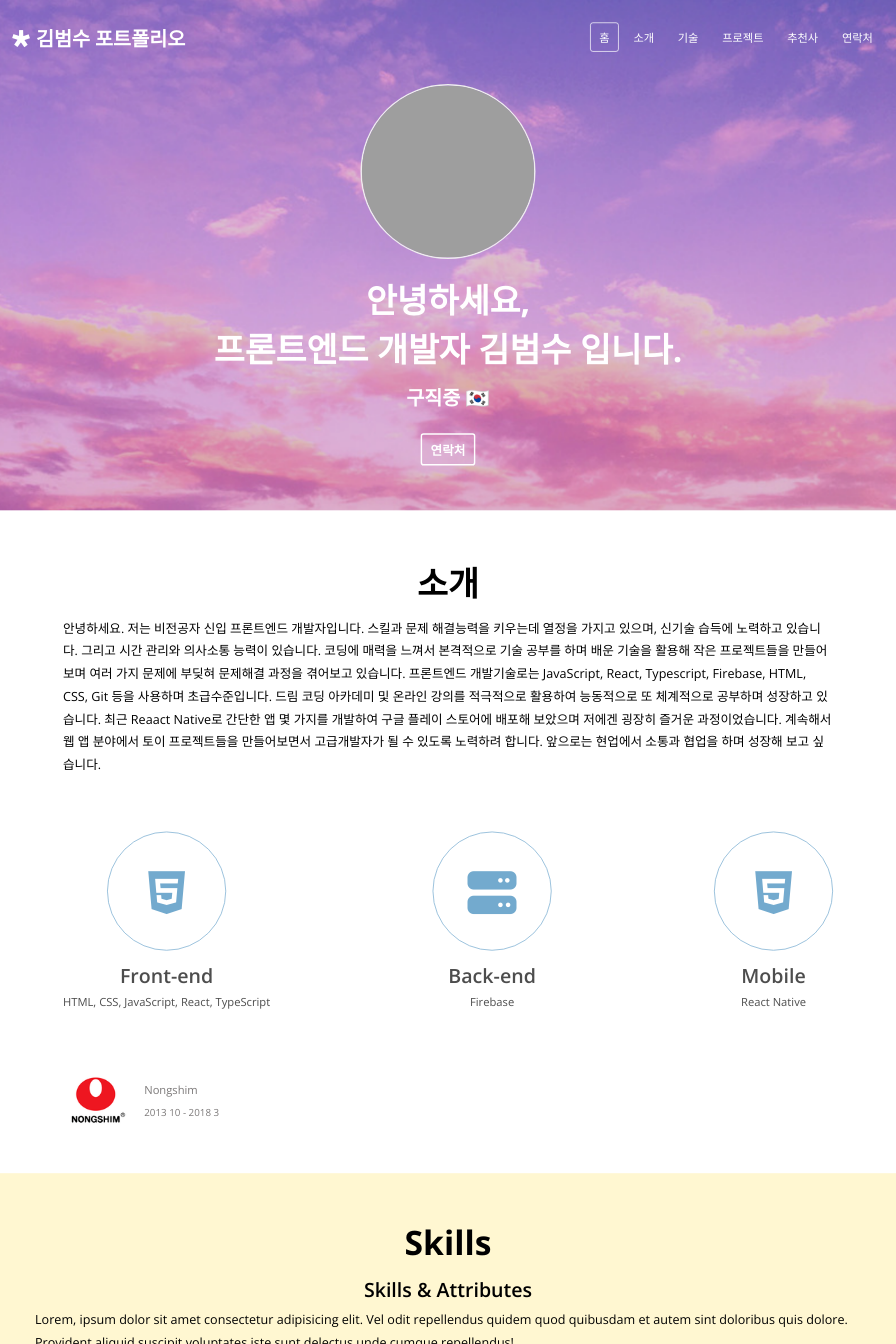
Repository: beomsu9696/Dream_Coding_Academy4
Page: index.html
The author's editor kept a copy of each file at every save. The page is drawn from the files as they stood at one save, then again after the next save.
The browser window is 1280 px wide. The pictures show the part of the page from y = 0 to 1920 px (the page is 4230 px tall), at 70% of full size.
Pictures or frames that could not be fetched are drawn as grey boxes. Some web libraries are served in a nearby version.

Above is the page before, as saved 2021-03-19 18:47:37.

After the next save:
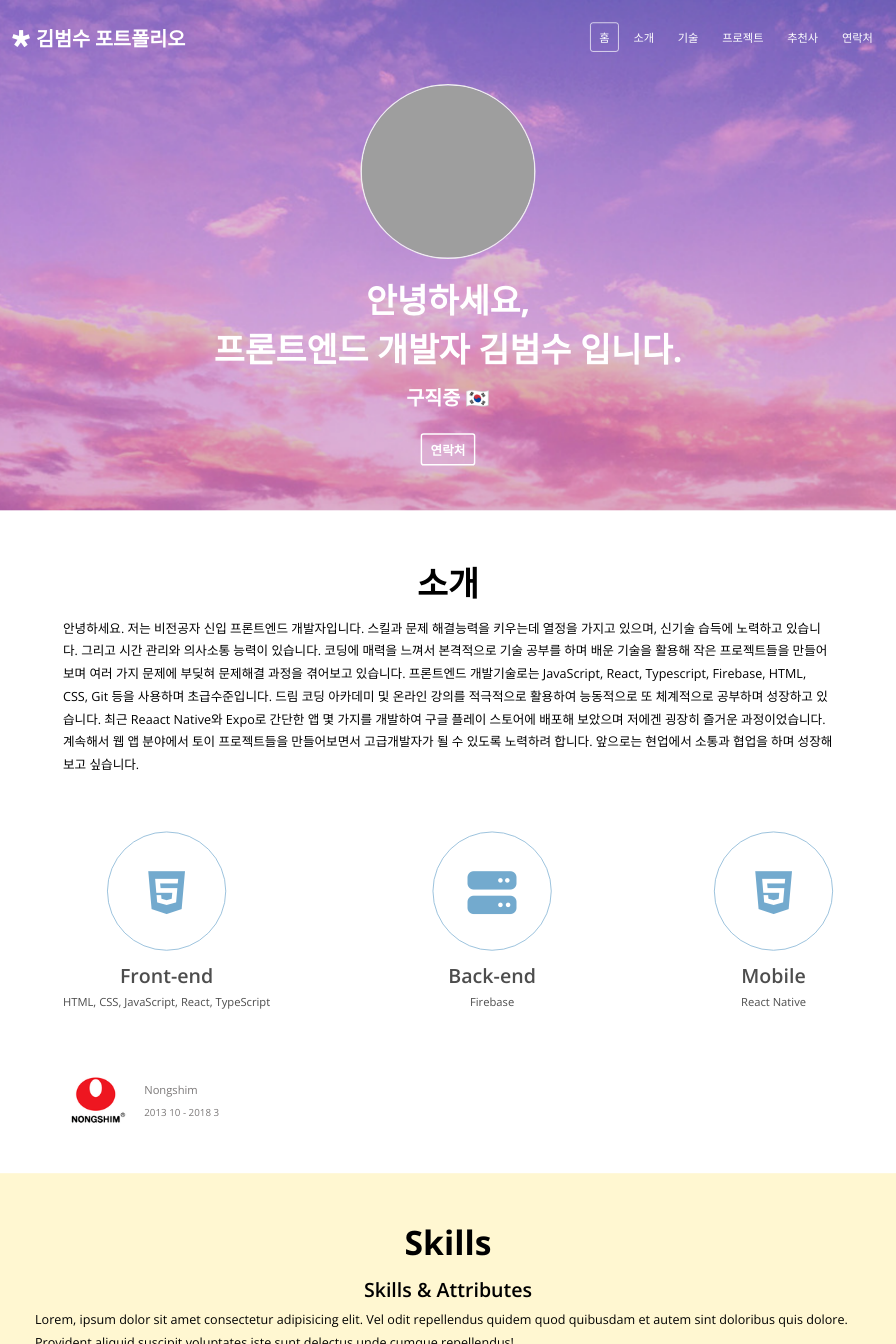
Saved 95 s later.
--- a/index.html
+++ b/index.html
@@ -66,11 +66,11 @@
         프론트엔드 개발기술로는 JavaScript, React, Typescript, Firebase, HTML,
         CSS, Git 등을 사용하며 초급수준입니다. 드림 코딩 아카데미 및 온라인
         강의를 적극적으로 활용하여 능동적으로 또 체계적으로 공부하며 성장하고
-        있습니다. 최근 Reaact Native로 간단한 앱 몇 가지를 개발하여 구글 플레이
-        스토어에 배포해 보았으며 저에겐 굉장히 즐거운 과정이었습니다. 계속해서
-        웹 앱 분야에서 토이 프로젝트들을 만들어보면서 고급개발자가 될 수 있도록
-        노력하려 합니다. 앞으로는 현업에서 소통과 협업을 하며 성장해 보고
-        싶습니다.
+        있습니다. 최근 Reaact Native와 Expo로 간단한 앱 몇 가지를 개발하여 구글
+        플레이 스토어에 배포해 보았으며 저에겐 굉장히 즐거운 과정이었습니다.
+        계속해서 웹 앱 분야에서 토이 프로젝트들을 만들어보면서 고급개발자가 될
+        수 있도록 노력하려 합니다. 앞으로는 현업에서 소통과 협업을 하며 성장해
+        보고 싶습니다.
       </p>
       <div class="about__majors">
         <div class="major">
